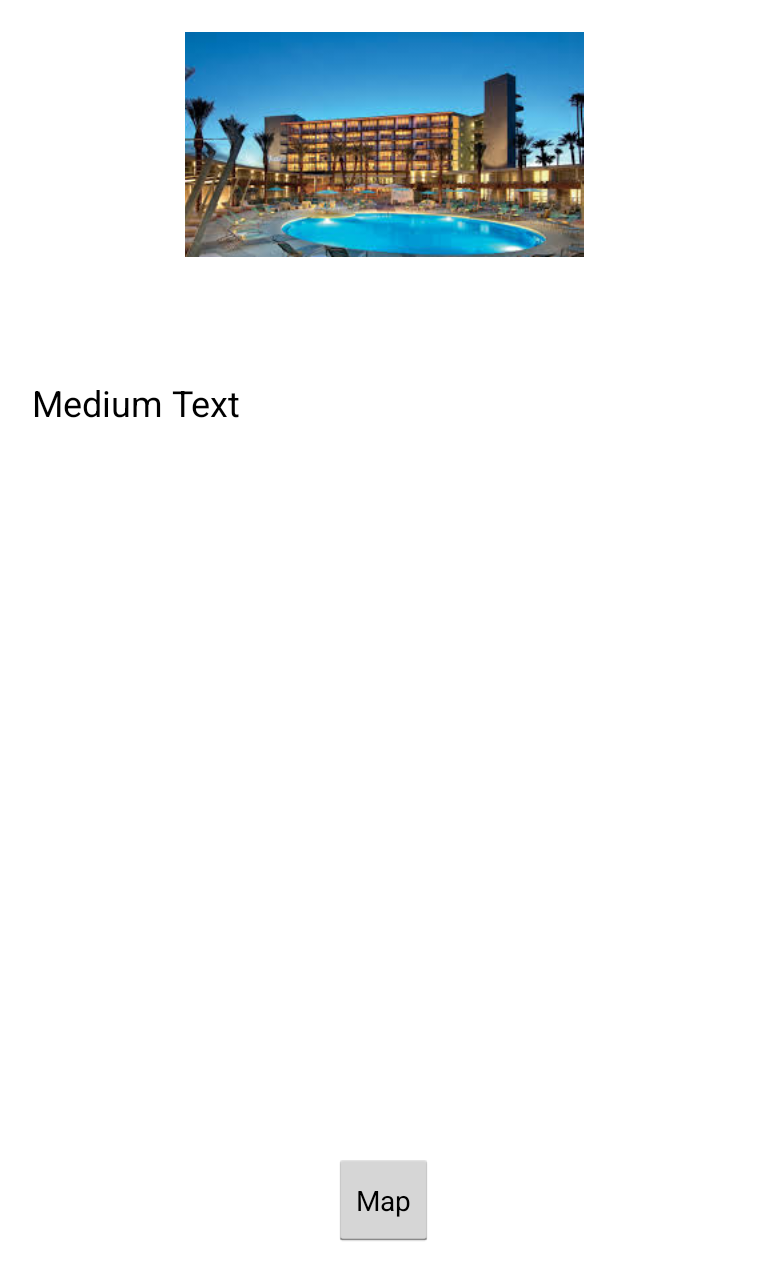
Repository: alyssialui/NCMS
Layout: CodeSprint/HotelLocator/res/layout/activity_details.xml
These files come from the project's save history. The layout is drawn as it stood at one moment and after the next save; the edit follows.
It is drawn on a 768 x 1280 px phone screen (xhdpi) without system bars, with theme AppTheme; the app's code is not run.

Above is the layout before, as saved 2013-04-09 02:57:34.

### CodeSprint/HotelLocator/res/layout/activity_details.xml
<RelativeLayout xmlns:android="http://schemas.android.com/apk/res/android"
    xmlns:tools="http://schemas.android.com/tools"
    android:layout_width="match_parent"
    android:layout_height="match_parent"
    android:paddingBottom="@dimen/activity_vertical_margin"
    android:paddingLeft="@dimen/activity_horizontal_margin"
    android:paddingRight="@dimen/activity_horizontal_margin"
    android:paddingTop="@dimen/activity_vertical_margin"
    tools:context=".DetailsFragment" >

    <ImageView
        android:id="@+id/imageView1"
        android:layout_width="match_parent"
        android:layout_height="wrap_content"
        android:layout_alignParentLeft="true"
        android:layout_alignParentTop="true"
        android:src="@drawable/images" />

    <TextView
        android:id="@+id/hotelName"
        android:layout_width="match_parent"
        android:layout_height="wrap_content"
        android:layout_below="@+id/imageView1"
        android:layout_marginTop="10dp"
        android:textSize = "15sp"/>

    <TextView
        android:id="@+id/hotelDescription"
        android:layout_width="match_parent"
        android:layout_height="wrap_content"
        android:layout_below="@+id/hotelName"
        android:layout_marginTop="30dp"
        android:text="Medium Text"
        android:textAppearance="?android:attr/textAppearanceMedium" />

    <Button
        android:id="@+id/mapButton"
        style="?android:attr/buttonStyleSmall"
        android:layout_width="wrap_content"
        android:layout_height="wrap_content"
        android:layout_alignParentBottom="true"
        android:layout_centerHorizontal="true"
        android:text="Map" />

</RelativeLayout>

Loaded but not shown: CodeSprint/HotelLocator/res/values/styles.xml (common file); CodeSprint/HotelLocator/res/values-v11/styles.xml (common file); CodeSprint/HotelLocator/res/values-v14/styles.xml (common file); CodeSprint/HotelLocator/res/values/dimens.xml (common file)

After the next save:
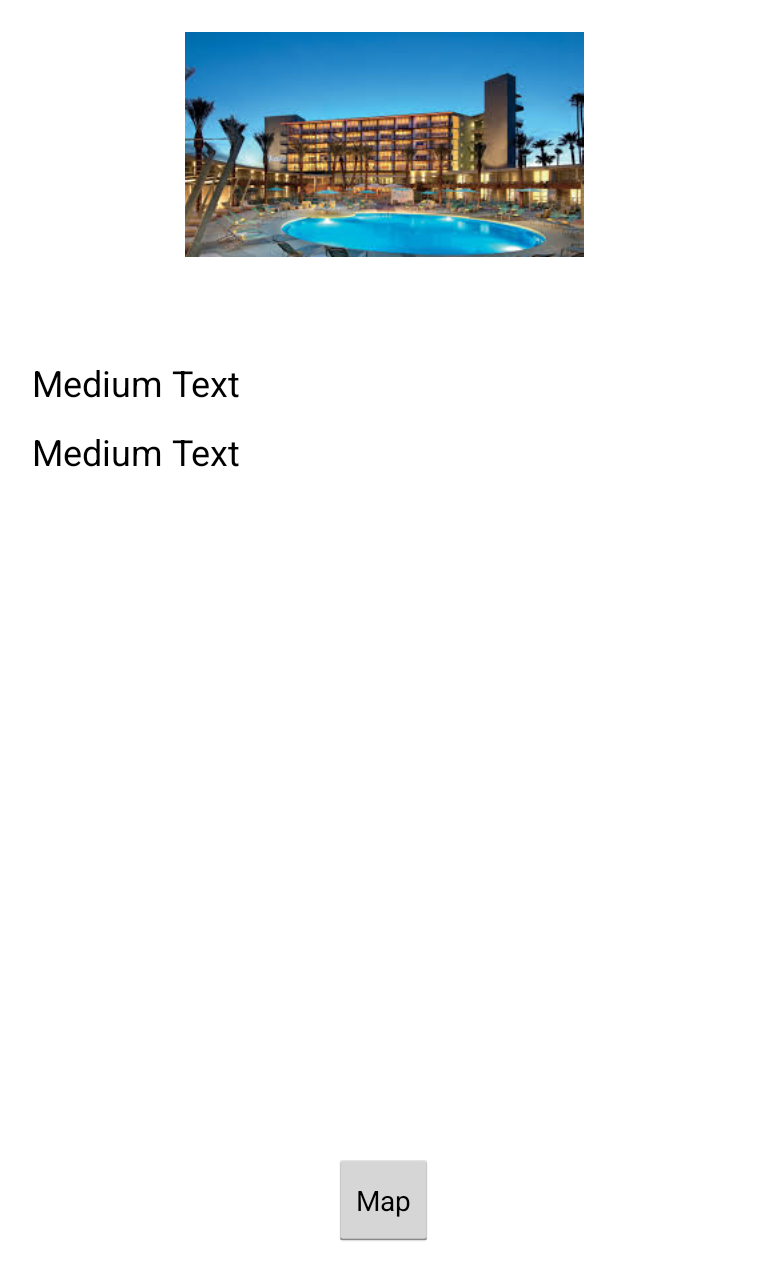
Saved 87 s later.
--- a/CodeSprint/HotelLocator/res/layout/activity_details.xml
+++ b/CodeSprint/HotelLocator/res/layout/activity_details.xml
@@ -25,11 +25,20 @@
         android:textSize = "15sp"/>
 
     <TextView
+        android:id="@+id/hotelAddress"
+        android:layout_width="match_parent"
+        android:layout_height="wrap_content"
+        android:layout_below="@+id/hotelName"
+        android:layout_marginTop="20dp"
+        android:text="Medium Text"
+        android:textAppearance="?android:attr/textAppearanceMedium" />
+
+    <TextView
         android:id="@+id/hotelDescription"
         android:layout_width="match_parent"
         android:layout_height="wrap_content"
-        android:layout_below="@+id/hotelName"
-        android:layout_marginTop="30dp"
+        android:layout_below="@+id/hotelAddress"
+        android:layout_marginTop="10dp"
         android:text="Medium Text"
         android:textAppearance="?android:attr/textAppearanceMedium" />
 
